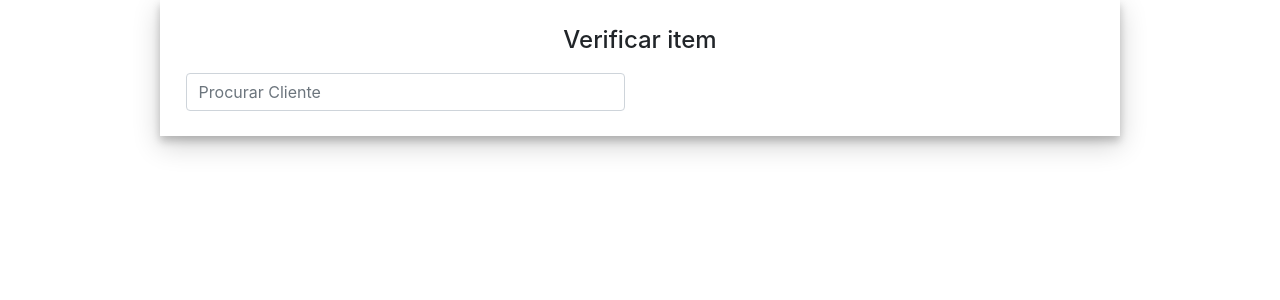
Repository: gabrielfeliphe/AssistenciaTecnica
Page: PI-AssistenciaTecnica/WebContent/pages/almoxarife/funcao/verifica_item/index.html
The author's editor kept a copy of each file at every save. The page is drawn from the files as they stood at one save, then again after the next save.
The browser window is 1280 px wide. The pictures show the whole page.
Some web libraries are served in a nearby version.

Above is the page before, as saved 2021-12-08 22:14:51.

### PI-AssistenciaTecnica/WebContent/pages/almoxarife/funcao/verifica_item/index.html
<!DOCTYPE html>
<html>
<head>
<meta charset="UTF-8">
<title>Verifica item Orçamento</title>


<script
  src="https://code.jquery.com/jquery-3.6.0.min.js"
  integrity="sha256-/xUj+3OJU5yExlq6GSYGSHk7tPXikynS7ogEvDej/m4="
  crossorigin="anonymous"></script>

<link rel="stylesheet"
	href="https://stackpath.bootstrapcdn.com/bootstrap/4.1.3/css/bootstrap.min.css"
	integrity="sha384-MCw98/SFnGE8fJT3GXwEOngsV7Zt27NXFoaoApmYm81iuXoPkFOJwJ8ERdknLPMO"
	crossorigin="anonymous">

<script
	src="https://stackpath.bootstrapcdn.com/bootstrap/4.1.3/js/bootstrap.min.js"
	integrity="sha384-ChfqqxuZUCnJSK3+MXmPNIyE6ZbWh2IMqE241rYiqJxyMiZ6OW/JmZQ5stwEULTy"
	crossorigin="anonymous"></script>

<link rel="stylesheet"
	href="https://cdn.jsdelivr.net/npm/bootstrap-icons@1.3.0/font/bootstrap-icons.css" />

<link rel="stylesheet" type="text/css" href="../../css/recepcao.css">


<script src="../../js/general.js"></script>
<script src="../../js/jquery-ui.js"></script>
<link rel="stylesheet" type="text/css" href="../../css/jquery-ui.css">

</head>
<body>

	<div class= "container">
		<h4>Verificar item</h4>
		<div class = "row" id="box">
			<div class="col-sm">
			 	 <input type="text" class="form-control"  placeholder="Procurar Cliente">
			</div>
			<div class="col-sm">

			</div>
		</div>
	</div>

<div id= "lista-orcamento" class = "lista-tabela">
</div>

</body>
</html>

### PI-AssistenciaTecnica/WebContent/css/recepcao.css
@charset "UTF-8";


.form-group{
	display:block;
	padding-top: 2%;

}
.container{
	  box-shadow: 0 5px 8px 0 rgba(0, 0, 0, 0.2), 0 9px 26px 0 rgba(0, 0, 0, 0.19);
	  width: 75%;
	  padding: 2%;
}

#searchbox{
	display: flex;
}

#searchbox input{

	width: 50%;

}

#observacao{
	height: 125px;
	width: 400px;
	resize: none;

}

.botoes{
  margin: 2%;
  pading: 2%;
  display: flex;
  justify-content: center;
  align-items: center;
}

.container h4{
	text-align: center;
	margin-bottom:2%;
}


label{
	margin-top:10px;
	margin-bottom: 10px;
}

button{
	height: 30px;
	width: 100px;
}

.botoes button{
	text-align: center;
	display:block;
	margin-left: 45px;
	margin-right: 45px;
}


.btn1 button{
	 margin-left: 500px;

}

.btn2{
	  float: right;
}

.btnCadastro{
	margin-top: 5%;
	text-align: center;
	display: block;
	padding: 10px;
}

.btnCadastro button{
	margin: 10px;
	margin-top:5px;
	margin-bottom:5px;
}

textarea{
	width: 350px;
	height: 120px;
	resize: none;
}

#lista-clientes table {
	margin-left: auto;
	margin-right: auto;
}

#lista-clientes {
	margin: 0 auto;
	margin-top: 10px;
	width: 70%;
}

#lista-clientes table img {
	padding: 0 4px;
	width: 30px;
	height: 20px;
	cursor: pointer;
}

.modalEditar{
	display: none;
}

select{
display:block;
width: 100%;
height:35px;
}

.container-search{
	  box-shadow: 0 5px 8px 0 rgba(0, 0, 0, 0.2), 0 9px 26px 0 rgba(0, 0, 0, 0.19);
	  width: 35%;
	  padding: 2%;
	  margin: auto;

}

.container-search h4{
	text-align: center;
}

.container-search button{
	margin-left: 5%;
}

#procurarClientes{
	width:  70%;
}

table{
	margin-top:2%;
	width:90%;
}

#tabela-orcamento table{
	max-height: 50%;
}

.ui-dialog .ui-dialog-buttonpane {
	margin-right: 35%;

}

#modalRealizaOrcamento label{
	font-size: 14px;
	margin-bottom: 2px;
}

### PI-AssistenciaTecnica/WebContent/js/general.js
BRIQUETE = new Object();

$(document).ready(function(){


	console.log("script GENERAL")

	BRIQUETE.PATH = "/PI-AssistenciaTecnica/rest/";

	$("header").load("geral/cabecalho.html")


	BRIQUETE.carregaPagina= function(pagename){
		//Remove o contúdo criado na abertura de uma janela pelo modal JQueryUI
		//if($(".ui-dialog"))
		//	$(".ui-dialog").remove();
		//limpa a tag section, excluindo todo o conteúdo de dentro dela

		$("section").empty();
		//carrega a página solicitada dentro da tag section
		$("section").load(pagename+"/",function(response,status,info){
			if(status=="error"){
				var msg = "Houve um erro ao encontrar a página: "+ info.status + " - " + info.statusText;
				$("section").html(msg);
				}
			});
	}


BRIQUETE.exibirAviso = function(aviso){
		var modal = {
			title: "Mensagem",
			height: 250,
			width: 400,
			modal: true,
			buttons: {
				"OK": function(){
					$(this).dialog("close");
				}
			}
		};
		$("#modalAviso").html(aviso);
		$("#modalAviso").dialog(modal);
};

});

### PI-AssistenciaTecnica/WebContent/css/general.css
#box{
	border:solid 1px black;
	margin-top: 10px;
}

#box input{
	margin-top: 30px;
}


input[type=checkbox]{
	margin-left:45%;
}

button{
	height: 30px;
	width: 100px;
	margin: 20px;
}

.botoes{
	margin-top: 5%;
	text-align: center;
	display:block;
}


.btn1{
	 float: left;

}

.btn2{
	  float: right;

}

h4{
	margin-top: 2px;
	text-align: center;
}

.exibeInformacoes{
	cursor: pointer;
}

.exibeInformacoes:hover{
	color: #7FFFD4;
}

#procurarClienteAlmoxarife{
	margin-left: 30px;
	margin-bottom: 30px;
}

#lista-orcamento table{
	margin-top:2%;
	width:90%;
	margin-left: auto;
	margin-right: auto;
}

#modalAviso, .modalEditar{
	display: none;
}

Loaded but not shown: PI-AssistenciaTecnica/WebContent/js/jquery-ui.js (library); PI-AssistenciaTecnica/WebContent/css/jquery-ui.css (library)

After the next save:
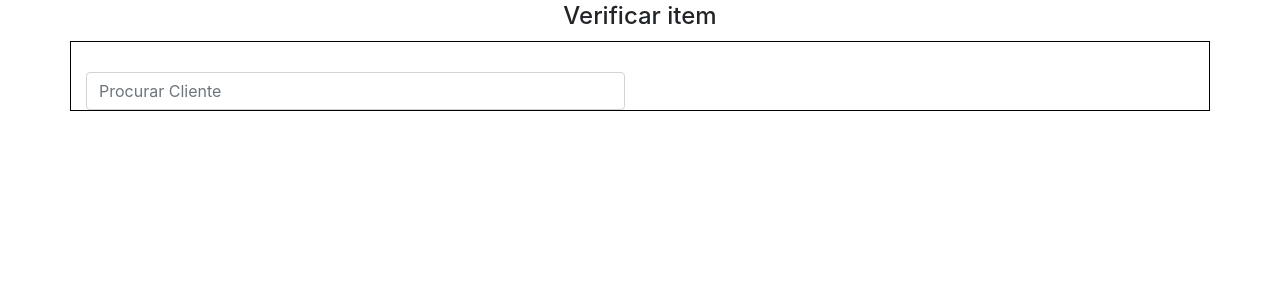
Saved 8 s later.
--- a/PI-AssistenciaTecnica/WebContent/pages/almoxarife/funcao/verifica_item/index.html
+++ b/PI-AssistenciaTecnica/WebContent/pages/almoxarife/funcao/verifica_item/index.html
@@ -23,7 +23,7 @@
 <link rel="stylesheet"
 	href="https://cdn.jsdelivr.net/npm/bootstrap-icons@1.3.0/font/bootstrap-icons.css" />
 
-<link rel="stylesheet" type="text/css" href="../../css/recepcao.css">
+<link rel="stylesheet" type="text/css" href="../../css/general.css">
 
 
 <script src="../../js/general.js"></script>
